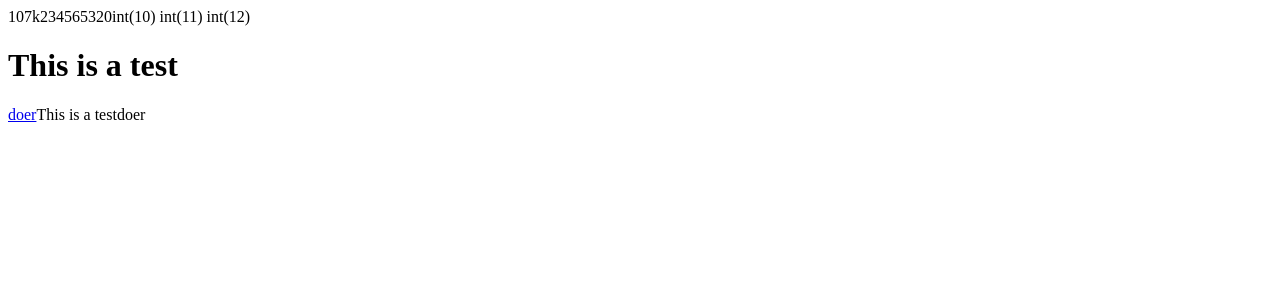
Repository: xiangyu-lin/Python_module
Page: http://localhost/10-String/10-5strFunc.php
These files come from the project's save history. The page is drawn as it stood at one moment and after a run of saves; the edit follows.
The browser window is 1280 px wide. The pictures show the whole page.
The page is run by PHP 8.4 with error messages shown; the project is at /var/www/html/.

Above is the page before, as saved 2018-08-24 05:24:04.

### demo/10-String/10-5strFunc.php
<?php

// ord() 得到指定字符的 ASCII
// chr() 根据ASCII返回指定字符
$char = ord('k');
echo $char;
echo chr($char);

// substr($string, $strat[, $lenth]) 截取字符串
$string = '0123456';
echo substr($string, 2, 5);
echo substr($string, -2, -1); // 负数倒着数  往前取

/**
 * strcmp($str, $str2) 比较字符串大小,比较区分大小写
 * strcasecmp($str1, $str2) 忽略大小写比较
 * 返回值
 * 1 --> $str1 > $str2
 * -1 --> $str1 < $str2
 * 0 --> $str1 = $str2
 */
$str1 = 'a';
$str2 = 'A';
echo strcmp($str1, $str2);
echo strcasecmp($str1, $str2);

/**
 * 字符串查找
 * strpos($string, $search) 返回字符串首次出现的位置 区分大小写
 * stripos($string, $search) i --> ignore 忽略大小写
 * strrpos($string, $search) r --> right 最后一次出现的位置
 * strripos($string, $search) 忽略大小写 查找最后一次出现的位置
 * 没查到 返回  false
 *
 */
$email = '3139303033@qq.com';
var_dump(strpos($email, '@'));
var_dump(stripos($email, 'Q'));
var_dump(strrpos($email, 'q'));

/**
 * strip_tags($str[, $allowable_tags]) 过滤字符串中的HTML或php标签，返回过滤后的内容
 */
$str = "<h1>This is a test</h1><a href='http://www.doer.ren'>doer</a>";
echo $str;
echo strip_tags($str);

After the next 2 saves:
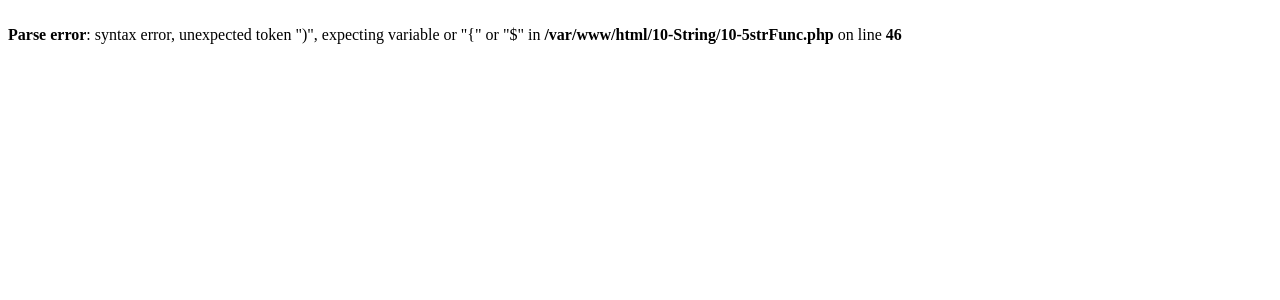
The 2 saves are shown as one change because they came seconds apart.
The last was saved 24 s later.
--- a/demo/10-String/10-5strFunc.php
+++ b/demo/10-String/10-5strFunc.php
@@ -39,8 +39,8 @@
 var_dump(strrpos($email, 'q'));
 
 /**
- * strip_tags($str[, $allowable_tags]) 过滤字符串中的HTML或php标签，返回过滤后的内容
+ * strip_tags($string[, $allowable_tags]) 过滤字符串中的HTML或php标签，返回过滤后的内容
  */
 $str = "<h1>This is a test</h1><a href='http://www.doer.ren'>doer</a>";
 echo $str;
-echo strip_tags($str);
+echo strip_tags($);

After the save that followed:
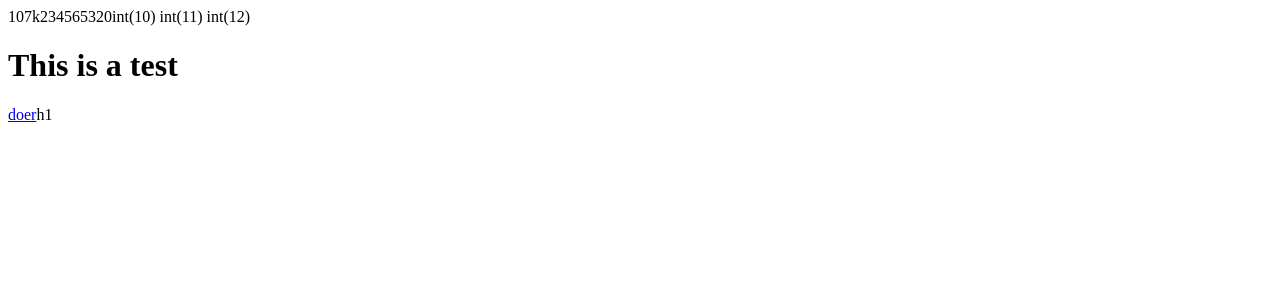
Saved 8 s later.
--- a/demo/10-String/10-5strFunc.php
+++ b/demo/10-String/10-5strFunc.php
@@ -43,4 +43,4 @@
  */
 $str = "<h1>This is a test</h1><a href='http://www.doer.ren'>doer</a>";
 echo $str;
-echo strip_tags($);
+echo strip_tags('h1');
